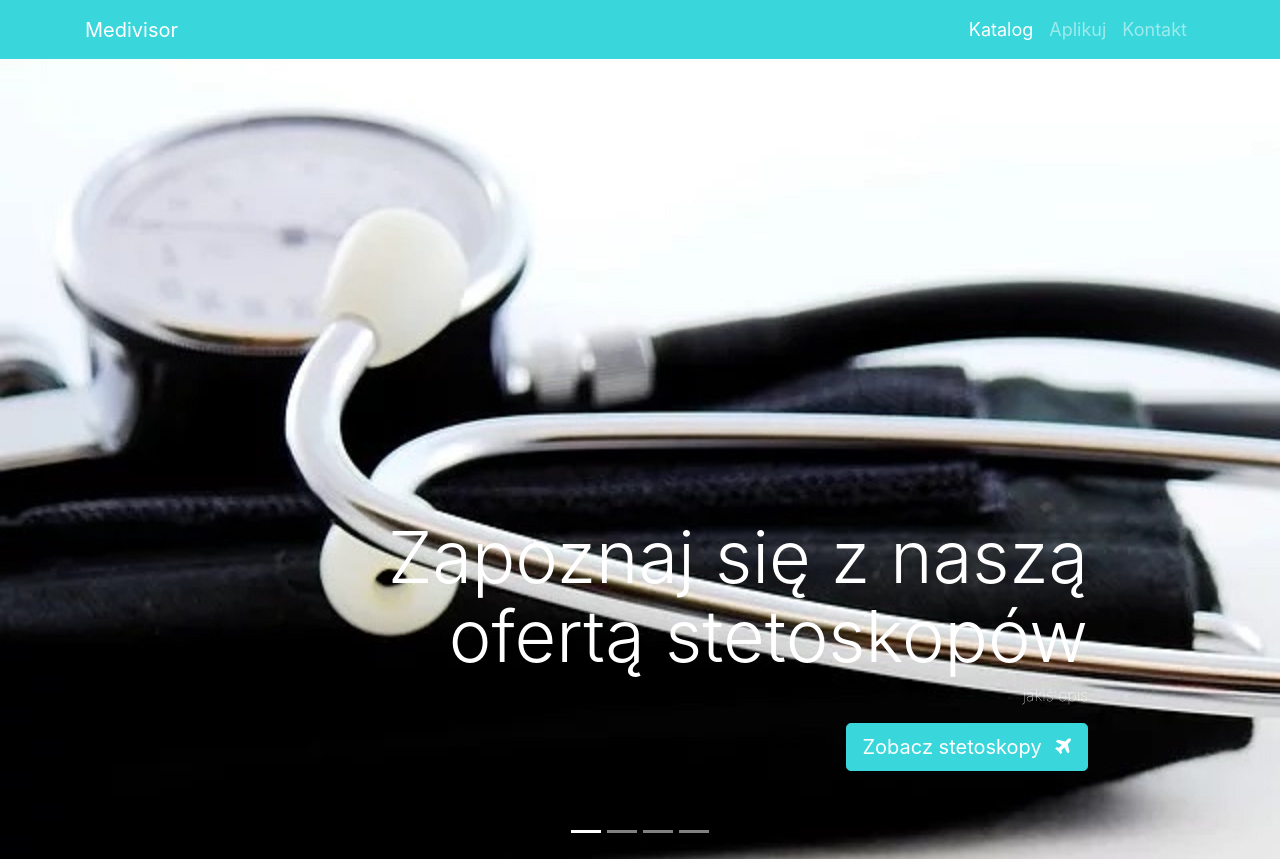
Repository: petrificustotalus/serwisy
Page: src/index.html
An editor plug-in stored every save of this project. The page is shown before and after the next save, followed by the edit.
The browser window is 1280 px wide. The pictures show the whole page.

Above is the page before, as saved 2020-05-07 17:00:03.

### src/index.html
<!DOCTYPE html>
<html class="no-js" lang="en">
    <head>
        <meta http-equiv="x-ua-compatible" content="ie=edge">
	    <meta name="viewport" content="width=device-width, initial-scale=1.0" />
        <link rel="stylesheet" href="css/font-awesome.min.css">
        <link rel="stylesheet" href="css/bootstrap.css">
        <link rel="stylesheet" href="css/style.css">
        <title>Medivisor</title>
    </head>

    <body>
        <nav class="navbar navbar-expand-sm navbar-dark bg-primary">
            <div class="container">
                <a href="index.html" class="navbar-brand">Medivisor</a>
                <div class="collapse navbar-collapse" id="navbarNav">
                    <ul class="navbar-nav ml-auto">
                        <li class="nav-item active">
                            <a href="index.html" class="nav-link">Katalog</a>
                        </li>
                        <li class="nav-item">
                            <a href="flys.html" class="nav-link">Aplikuj</a>
                        </li>
                        <li class="nav-item">
                            <a href="company.html" class="nav-link">Kontakt</a>
                        </li>
                    </ul>
                </div>
            </div>
        </nav>

        <!--SHOWCASE SLIDER-->
        <section id="showcase">
            <div id="someCarousel" class="carousel slide">
                <ol class="carousel-indicators">
                    <li data-target="#someCarousel" data-slide-to="0" class="active"></li>
                    <li data-target="#someCarousel" data-slide-to="1"></li>
                    <li data-target="#someCarousel" data-slide-to="2"></li>
                    <li data-target="#someCarousel" data-slide-to="3"></li>
                </ol>
                <div class="carousel-inner">
                    <div class="carousel-item carousel-image-1 active">
                        <div class="container">
                            <div class="carousel-caption d-none d-sm-block text-right mb-5">
                                <h1 class="display-3">Zapoznaj się z naszą ofertą stetoskopów</h1>
                                <p>jakiś opis</p>
                                <a href="#" class="btn btn-primary btn-lg">Zobacz stetoskopy <i class="fa fa-plane ml-2"></i></a>
                            </div>
                        </div>
                    </div>

                    <div class="carousel-item carousel-image-2">
                        <div class="container">
                            <div class="carousel-caption d-none d-sm-block text-right mb-5">
                                <h1 class="display-3">Zapoznaj się z naszą ofertą ....</h1>
                                <p>jakiś opis</p>
                                <a href="#" class="btn btn-primary btn-lg">Przejdź do oferty <i class="fa fa-plane ml-2"></i></a>
                            </div>
                        </div>
                    </div>

                    <div class="carousel-item carousel-image-3">
                        <div class="container">
                            <div class="carousel-caption d-none d-sm-block text-right mb-5">
                                <h1 class="display-3">Nasza aparatuda do ...</h1>
                                <p>jakiś opis</p>
                                <a href="#" class="btn btn-primary btn-lg">I love it! <i class="fa fa-plane ml-2"></i></a>
                            </div>
                        </div>
                    </div>

                    <div class="carousel-item carousel-image-4">
                        <div class="container">
                            <div class="carousel-caption d-none d-sm-block text-right mb-5">
                                <h1 class="display-3">Coś jeszcze</h1>
                                <p>jakiś opis</p>
                                <a href="#" class="btn btn-primary btn-lg">Zapoznaj się z ofertą <i class="fa fa-plane ml-2"></i></a>
                            </div>
                        </div>
                    </div>
                </div>
            </div>
        </section>

        <script src="js/jquery.min.js"></script>
        <script src="js/popper.min.js"></script>
        <script src="js/bootstrap.min.js"></script>
    </body>
</html>

### src/css/style.css
.navbar .nav-link {
  font-size: 18px;
  padding-left: 1em;
  padding-right: 1em; }

.carousel-item {
  height: 800px;
  width: cover; }

#showcase p {
  font-weight: 100;
  font-size: 30pxpx;
  text-shadow: 2px 2px 0 rgba(0, 0, 0, 0.1); }

.carousel-image-1 {
  background-image: url(../image/8.jpg); }

.carousel-image-2 {
  background-image: url(../image/9.jpg); }

.carousel-image-3 {
  background-image: url(../image/10.jpg); }

.carousel-image-4 {
  background-image: url(../image/8.jpg); }

Loaded but not shown: src/css/font-awesome.min.css (library); src/css/bootstrap.css (library); src/js/jquery.min.js (library); src/js/popper.min.js (library); src/js/bootstrap.min.js (library)

After the next save:
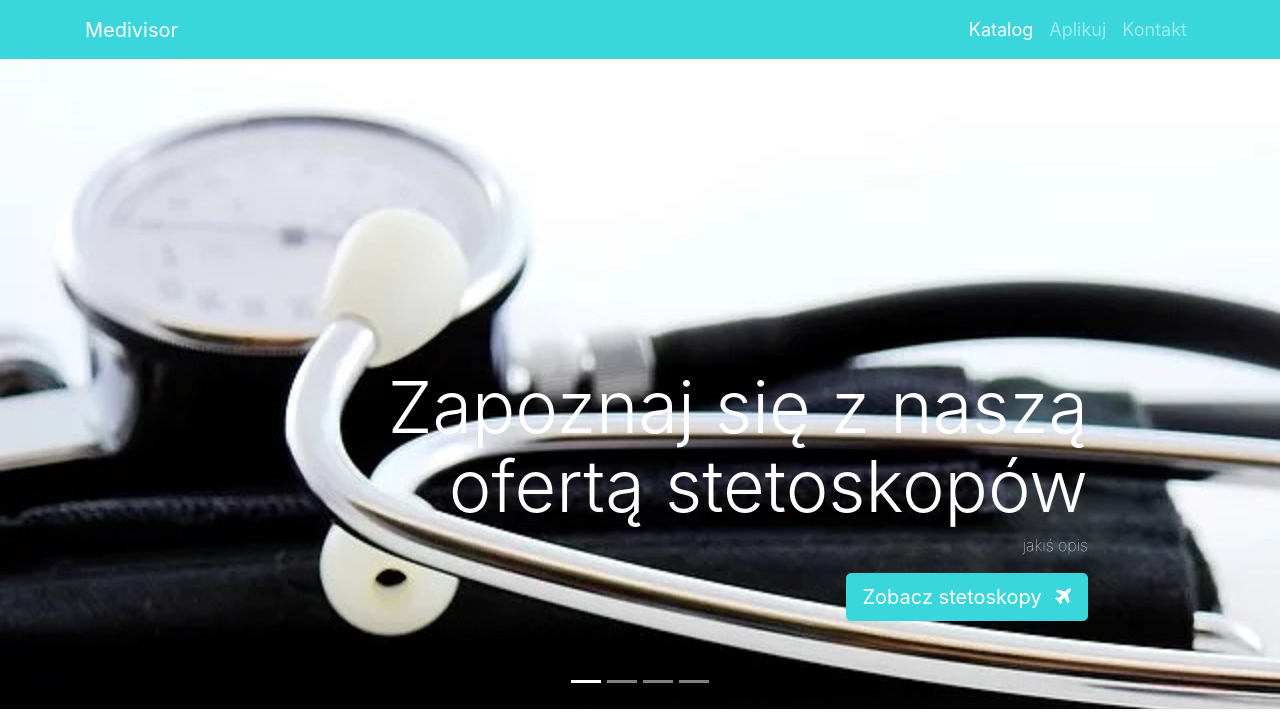
Saved 17 s later.
--- a/src/css/style.css
+++ b/src/css/style.css
@@ -4,7 +4,7 @@
   padding-right: 1em; }
 
 .carousel-item {
-  height: 800px;
+  height: 650px;
   width: cover; }
 
 #showcase p {
